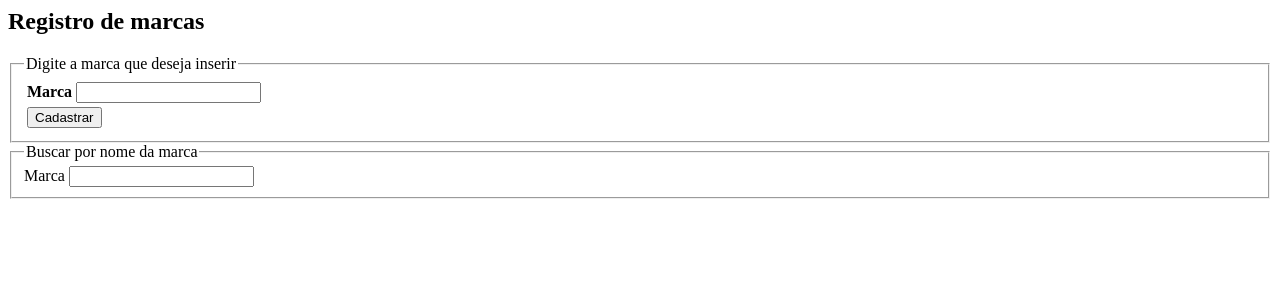
Repository: alysonrode/ProjetoTrilhaWeb
Page: ProjetoTrilhaWeb/WebContent/pages/admin/brands/index.html
An editor plug-in stored every save of this project. The page is shown before and after the next save, followed by the edit.
The browser window is 1280 px wide. The pictures show the whole page.

Above is the page before, as saved 2019-11-04 23:38:34.
Console error: ReferenceError: COLDIGO is not defined

### ProjetoTrilhaWeb/WebContent/pages/admin/brands/index.html
<script src="../../js/brands.js"></script>

<h2>Registro de marcas</h2>
<form name="frmInserirMarcas" id="inserirMarcas" class="frmInserir">
	<fieldset>
		<legend>Digite a marca que deseja inserir</legend>
		<table>
			<tr>
				<th>Marca</th>
				<td><input type="text" name="marca"></td>
			</tr>
			<tr>
				<td colspan='2'>
					<button type="button" onclick="COLDIGO.marca.inserir()">
						Cadastrar</button>
				</td>
			</tr>

		</table>
	</fieldset>
	<div id="listaMarcas" class="listaDeMarcas"></div>
	<div>
		<fieldset>
			<legend> Buscar por nome da marca </legend>

			<label for="nome">Marca</label>
			<input type="text" id="campoBuscaMarca">

		</fieldset>
	</div>
</form>

### ProjetoTrilhaWeb/WebContent/js/brands.js
COLDIGO.marca = new Object();

$(document).ready(function(){

	COLDIGO.marca.inserir = function(){

		var marca = document.frmInserirMarcas.marca.value
		console.log(marca)

		$.ajax({
			type: "POST",
			url: COLDIGO.PATH + "marca/inserir",
			data: JSON.stringify(marca),
			success: function(msg){
				COLDIGO.exibirAviso(msg)
				//$("#").trigger("reset")
			},
			error: function(info){
				COLDIGO.exibirAviso("Erro ao cadastrar marca: " + info.status + " - " +info.statusText);
			}
		})

	}
	COLDIGO.marca.buscar = function(){
		var valorBusca = $("#campoBuscaMarca").val();
		$.ajax({
		type: "GET",
		url: COLDIGO.PATH+"marca/buscarPorNome",
		data: "valorBusca="+valorBusca,
		success: function(listaMarcas){
			$("#listaMarcas").html(COLDIGO.marca.exibir(listaMarcas))
		},
		error: function(){

		}
		})
	}

	COLDIGO.marca.exibir = function(listaMarcas){

		var tabela = "<table>" +
		"<tr>" +
		"<th> ID </th>" +
		"<th> Marca </th>" +
		"<th class='acoes'> Ações </th>" +
		"</tr>"

		if(listaMarcas != undefined && listaMarcas.length > 0){

			for(var i=0; i < listaMarcas.length; i++){
				tabela += "<tr>" +
						"<td>"+listaMarcas[i].id+"</td>"+
						"<td>"+listaMarcas[i].nome+"</td>"+
						"<td>" +
							"<a onclick=\"('"+listaMarcas[i].id+"')\"><img src='../../imgs/edit.png' alt='Editar registro'></a>" +
							"<a onclick=\"('"+listaMarcas[i].id+"')\"><img src='../../imgs/delete.png' alt='Deletar registro'></a>" +
						"</td>" +
						"</tr>"
			}


		}else if (listaMarcas == ""){
			tabela += "<tr><td colspan='2'>Nenhum registro encontrado</td></tr>"
		}
		tabela += "</table>"

			return tabela;
	}

	COLDIGO.marca.buscar()

})

After the next save:
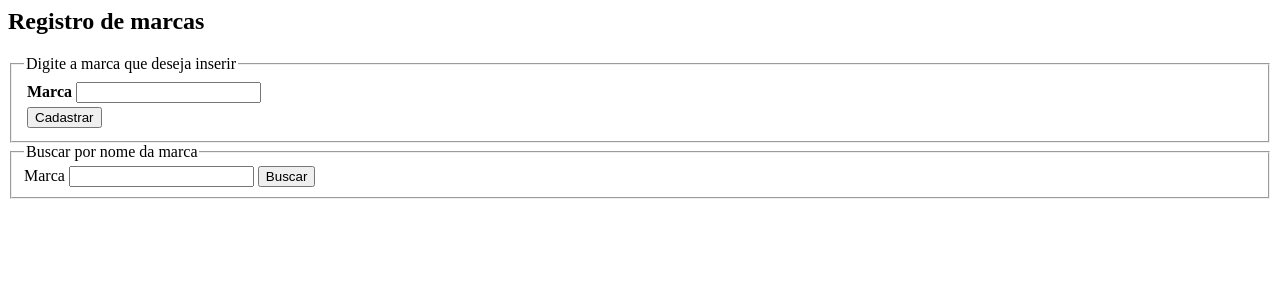
Saved 2 min 16 s later.
--- a/ProjetoTrilhaWeb/WebContent/pages/admin/brands/index.html
+++ b/ProjetoTrilhaWeb/WebContent/pages/admin/brands/index.html
@@ -18,14 +18,15 @@
 
 		</table>
 	</fieldset>
-	<div id="listaMarcas" class="listaDeMarcas"></div>
 	<div>
 		<fieldset>
 			<legend> Buscar por nome da marca </legend>
 
-			<label for="nome">Marca</label>
-			<input type="text" id="campoBuscaMarca">
+			<label for="nome">Marca</label> <input type="text"
+				id="campoBuscaMarca"> <button type="button">Buscar</button>
 
 		</fieldset>
 	</div>
+	<div id="listaMarcas" class="listaDeMarcas"></div>
+
 </form>
